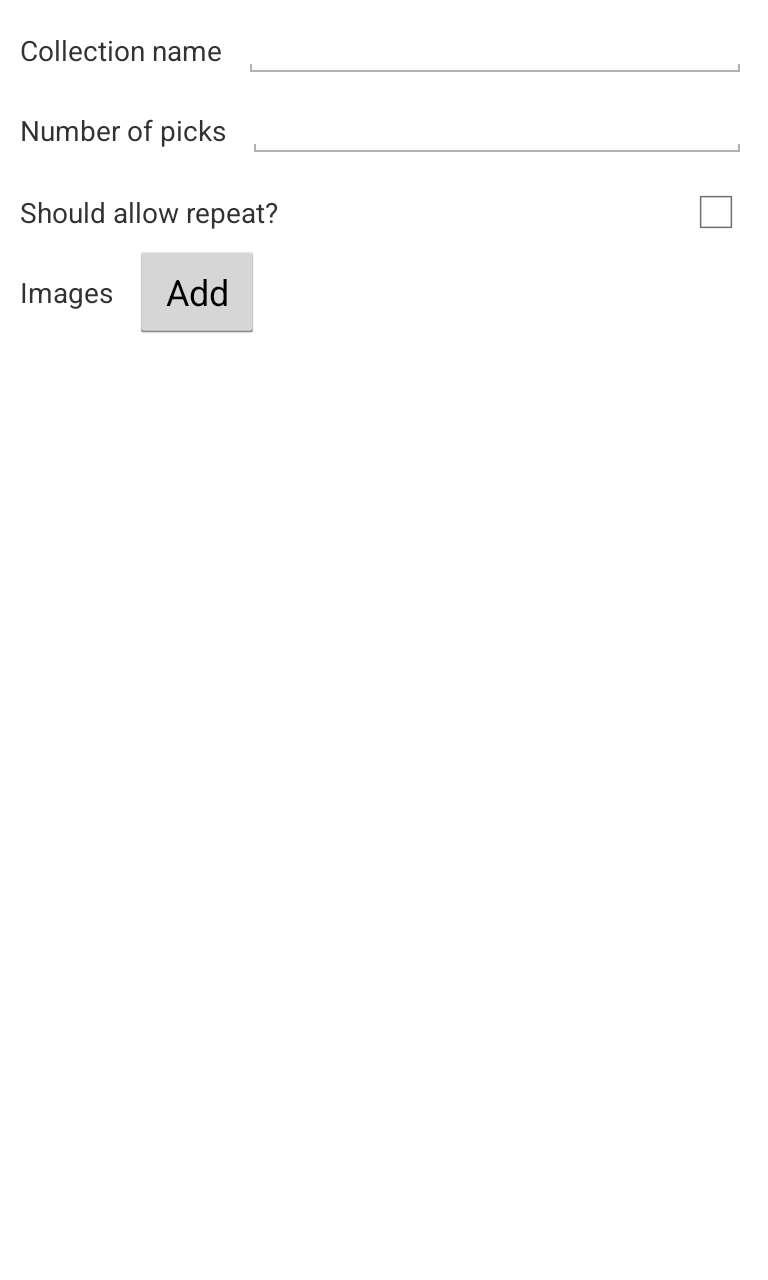
Repository: nqmtuan/RandomRandomizerAndroid
Layout: Workspace/RandomRandomizer/res/layout/create_edit_random_collection.xml
These files come from the project's save history. The layout is drawn as it stood at one moment and after the next save; the edit follows.
It is drawn on a 768 x 1280 px phone screen (xhdpi) without system bars, with theme AppTheme; the app's code is not run.

Above is the layout before, as saved 2013-07-30 15:03:05.

After the next save:
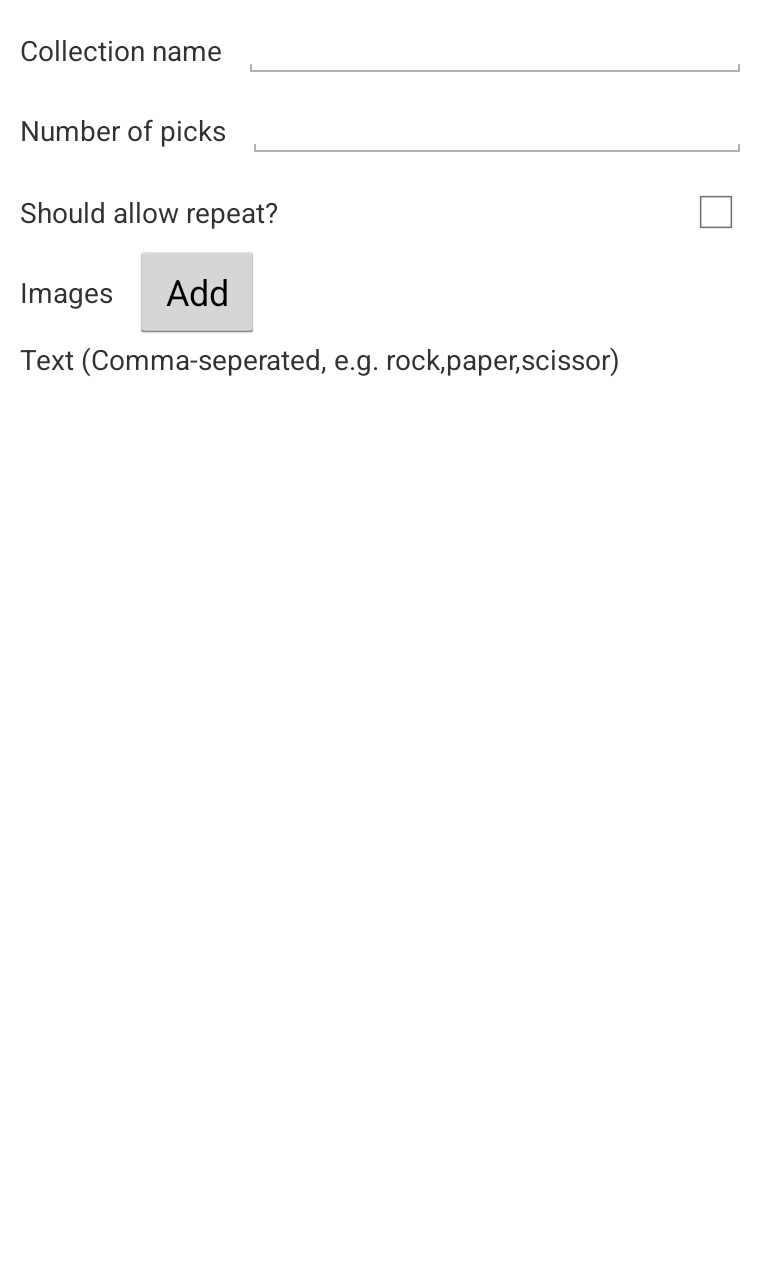
Saved 51 s later.
--- a/Workspace/RandomRandomizer/res/layout/create_edit_random_collection.xml
+++ b/Workspace/RandomRandomizer/res/layout/create_edit_random_collection.xml
@@ -132,6 +132,13 @@
                 android:layout_height="wrap_content"
                 android:layout_below="@+id/create_random_collection_image_container"
                 >
+                <TextView
+                                            android:id="@+id/create_random_collection_text_label"
+                        android:layout_width="wrap_content"
+                        android:layout_height="wrap_content"
+                        android:text="@string/random_collection_text_label"
+                    />
+
 
             </RelativeLayout>
         </RelativeLayout>
